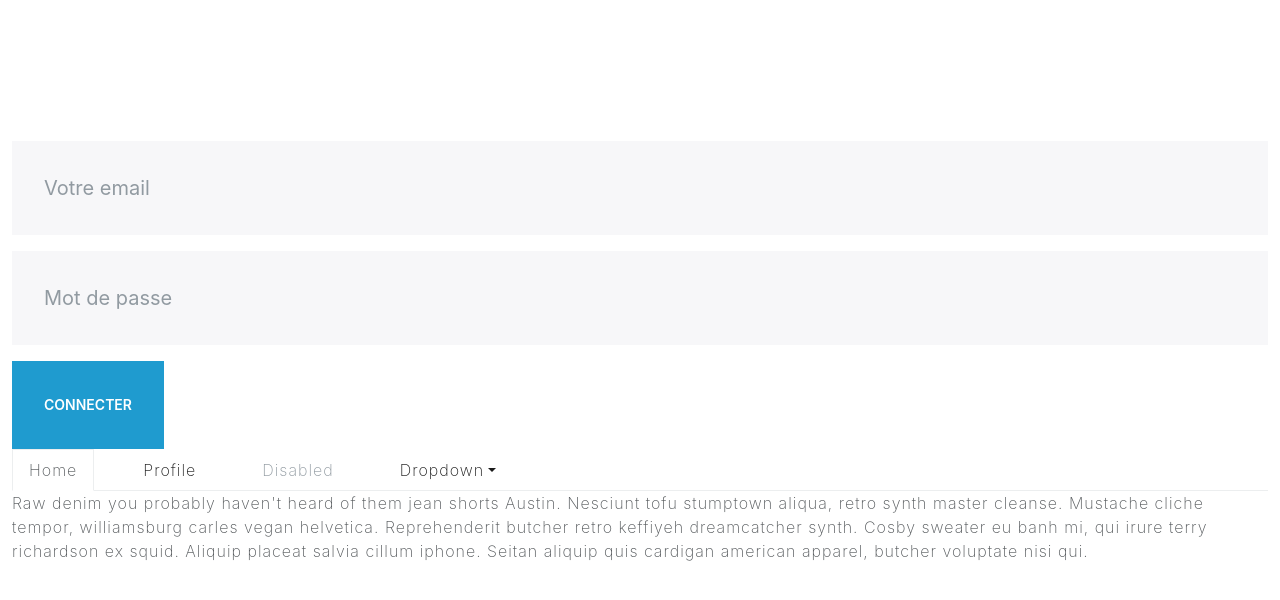
Repository: gal1aoui/BankManagement-AdminActions-JEE
Page: http://localhost/ProjectWeb/Create.jsp
The author's editor kept a copy of each file at every save. The page is drawn from the files as they stood at one save, then again after the next save.
The browser window is 1280 px wide. The pictures show the whole page.
Some web fonts or font styles are not loaded; a fallback is used. The page is served by Tomcat 9. Nobody is signed in. The application's start-up code is not run.

Above is the page before, as saved 2021-12-28 01:02:34.

After the next save:
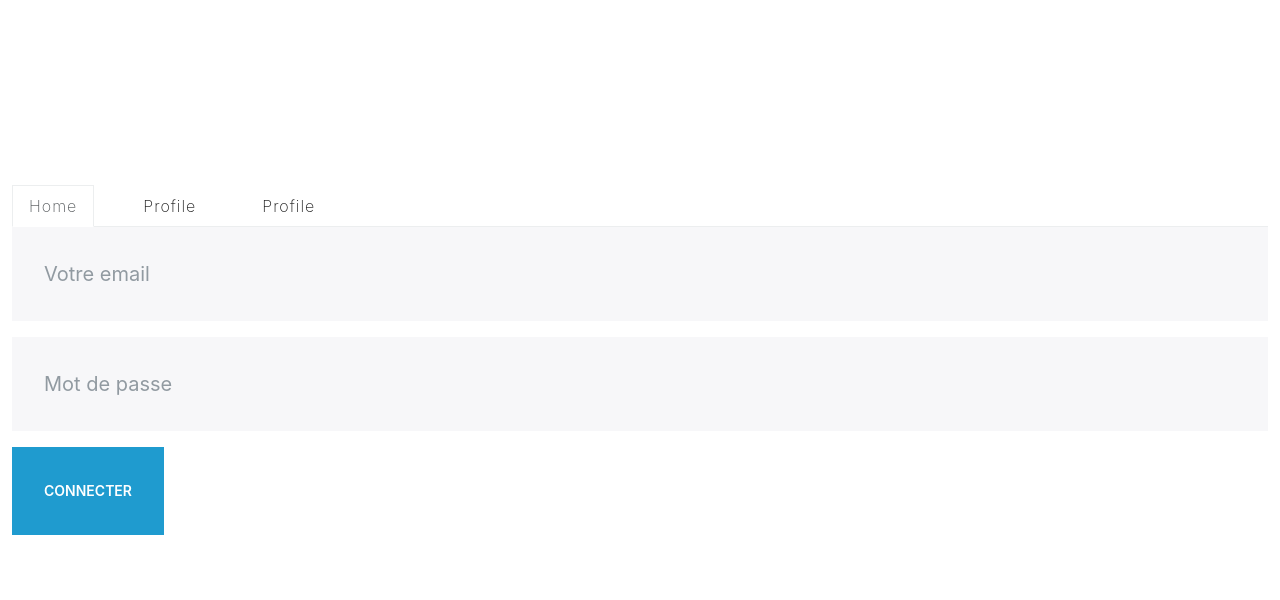
Saved 6 min 16 s later.
--- a/ProjectWeb/WebContent/Create.jsp
+++ b/ProjectWeb/WebContent/Create.jsp
@@ -16,7 +16,20 @@ body,html{
 	<div class="container-fluid h-100">
     <div class="row justify-content-center align-items-center h-100">
         <div class="col">
-            <form action="home" method="post">
+            <ul class="nav nav-tabs">
+  				<li class="nav-item">
+    				<a class="nav-link active" data-bs-toggle="tab" href="#home">Home</a>
+  				</li>
+  				<li class="nav-item">
+    				<a class="nav-link" data-bs-toggle="tab" href="#profile">Profile</a>
+  				</li>
+  				<li class="nav-item">
+    				<a class="nav-link" data-bs-toggle="tab" href="#tog">Profile</a>
+  				</li>
+			</ul>
+	<div id="myTabContent" class="tab-content">
+  	<div class="tab-pane fade show active" id="home">
+   			<form action="home" method="post">
                 <div class="form-group mb-3">
                     <input class="form-control form-control-lg" placeholder="Votre email" type="text">
                 </div>
@@ -27,40 +40,33 @@ body,html{
                     <button class="btn btn-info btn-lg btn-block">Connecter</button>
                 </div>
             </form>
-            <ul class="nav nav-tabs">
-  <li class="nav-item">
-    <a class="nav-link active" data-bs-toggle="tab" href="#home">Home</a>
-  </li>
-  <li class="nav-item">
-    <a class="nav-link" data-bs-toggle="tab" href="#profile">Profile</a>
-  </li>
-  <li class="nav-item">
-    <a class="nav-link disabled" href="#">Disabled</a>
-  </li>
-  <li class="nav-item dropdown">
-    <a class="nav-link dropdown-toggle" data-bs-toggle="dropdown" href="#" role="button" aria-haspopup="true" aria-expanded="false">Dropdown</a>
-    <div class="dropdown-menu">
-      <a class="dropdown-item" href="#">Action</a>
-      <a class="dropdown-item" href="#">Another action</a>
-      <a class="dropdown-item" href="#">Something else here</a>
-      <div class="dropdown-divider"></div>
-      <a class="dropdown-item" href="#">Separated link</a>
+  	</div>
+  	<div class="tab-pane fade" id="profile">
+    <form action="home" method="post">
+                <div class="form-group mb-3">
+                    <input class="form-control form-control-lg" placeholder="Votre email" type="text">
+                </div>
+                <div class="form-group mb-3">
+                    <input class="form-control form-control-lg" placeholder="Mot de passe" type="password">
+                </div>
+                <div class="form-group">
+                    <button class="btn btn-info btn-lg btn-block">Connecter</button>
+                </div>
+            </form>
+  	</div>
+  	<div class="tab-pane fade" id="tog">
+    	<form action="home" method="post">
+                <div class="form-group mb-3">
+                    <input class="form-control form-control-lg" placeholder="Votre email" type="text">
+                </div>
+                <div class="form-group mb-3">
+                    <input class="form-control form-control-lg" placeholder="Mot de passe" type="password">
+                </div>
+                <div class="form-group">
+                    <button class="btn btn-info btn-lg btn-block">Connecter</button>
+                </div>
+            </form>
     </div>
-  </li>
-</ul>
-<div id="myTabContent" class="tab-content">
-  <div class="tab-pane fade show active" id="home">
-    <p>Raw denim you probably haven't heard of them jean shorts Austin. Nesciunt tofu stumptown aliqua, retro synth master cleanse. Mustache cliche tempor, williamsburg carles vegan helvetica. Reprehenderit butcher retro keffiyeh dreamcatcher synth. Cosby sweater eu banh mi, qui irure terry richardson ex squid. Aliquip placeat salvia cillum iphone. Seitan aliquip quis cardigan american apparel, butcher voluptate nisi qui.</p>
-  </div>
-  <div class="tab-pane fade" id="profile">
-    <p>Food truck fixie locavore, accusamus mcsweeney's marfa nulla single-origin coffee squid. Exercitation +1 labore velit, blog sartorial PBR leggings next level wes anderson artisan four loko farm-to-table craft beer twee. Qui photo booth letterpress, commodo enim craft beer mlkshk aliquip jean shorts ullamco ad vinyl cillum PBR. Homo nostrud organic, assumenda labore aesthetic magna delectus mollit.</p>
-  </div>
-  <div class="tab-pane fade" id="dropdown1">
-    <p>Etsy mixtape wayfarers, ethical wes anderson tofu before they sold out mcsweeney's organic lomo retro fanny pack lo-fi farm-to-table readymade. Messenger bag gentrify pitchfork tattooed craft beer, iphone skateboard locavore carles etsy salvia banksy hoodie helvetica. DIY synth PBR banksy irony. Leggings gentrify squid 8-bit cred pitchfork.</p>
-  </div>
-  <div class="tab-pane fade" id="dropdown2">
-    <p>Trust fund seitan letterpress, keytar raw denim keffiyeh etsy art party before they sold out master cleanse gluten-free squid scenester freegan cosby sweater. Fanny pack portland seitan DIY, art party locavore wolf cliche high life echo park Austin. Cred vinyl keffiyeh DIY salvia PBR, banh mi before they sold out farm-to-table VHS viral locavore cosby sweater.</p>
-  </div>
 </div>
         </div>
     </div>
